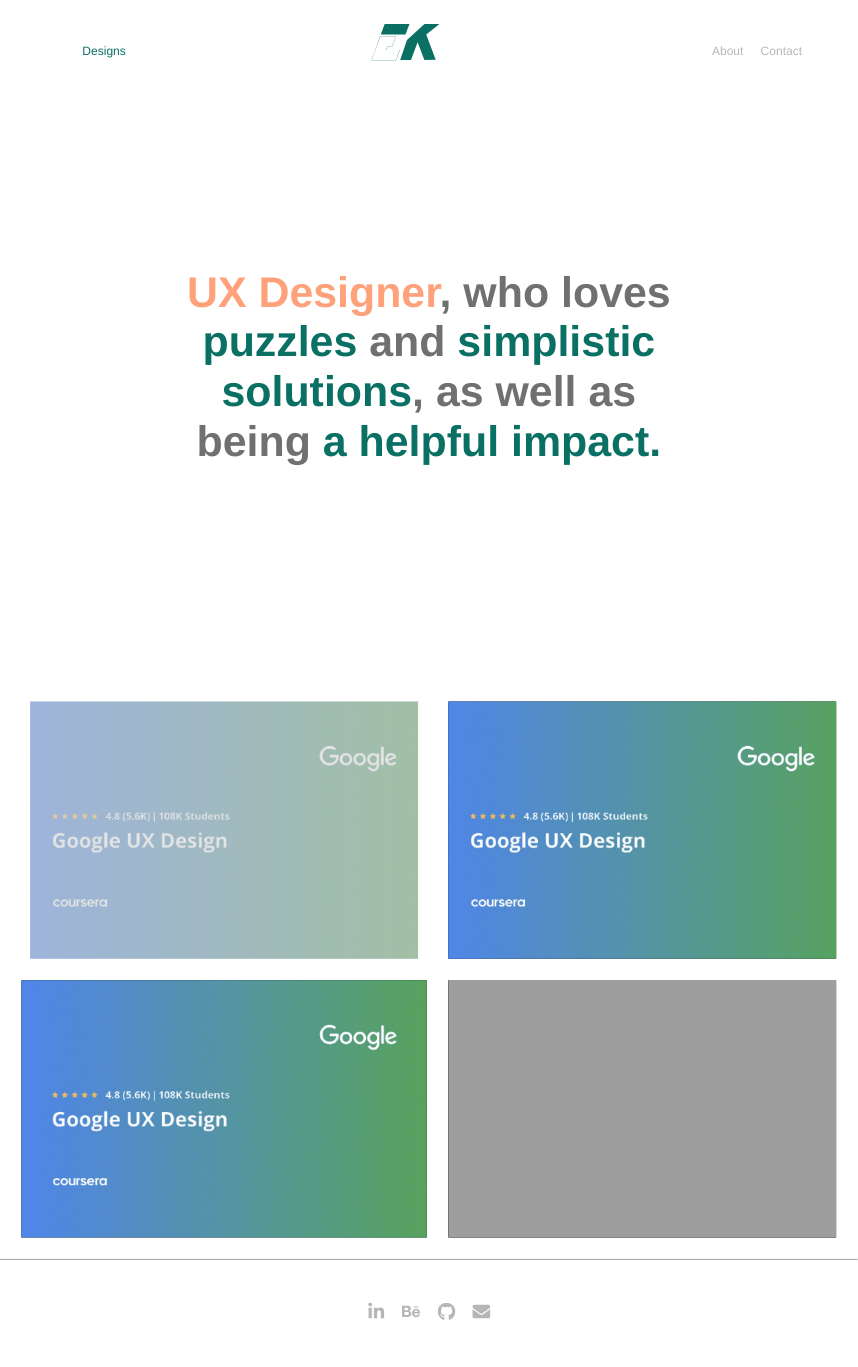
Repository: Kudom-E/Kudom-E.github.io
Page: /#/designs
These files come from the project's save history. The page is drawn as it stood at one moment and after the next save; the edit follows.
The browser window is 1280 px wide. The pictures show the whole page, at 67% of full size.
Pictures or frames that could not be fetched are drawn as grey boxes. The project was rebuilt for these pictures with package versions that can differ from the ones it lists, and the page was loaded fresh each time. Also part of the build but not shown: next.config.js, src/Pages/Splash/Splash.js, src/Pages/About/About.js, src/Pages/Contact/Contact.js, src/Pages/Project/Project.js, src/App.css.

Above is the page before, as saved 2022-03-31 22:07:10.

After the next save:
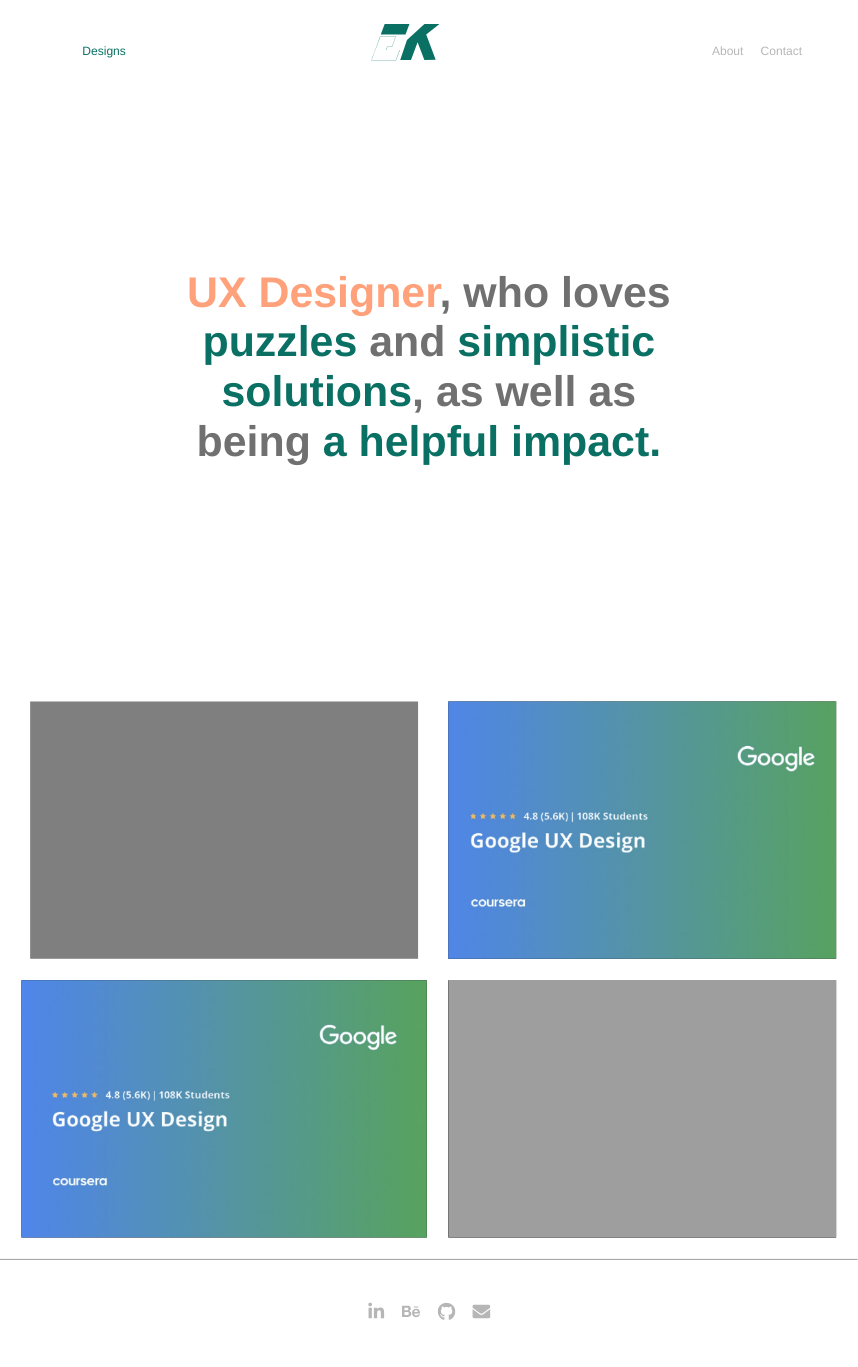
Saved 25 min 46 s later.
--- a/src/Pages/Pages.css
+++ b/src/Pages/Pages.css
@@ -100,7 +100,7 @@
     background-color: #000000;
 }
 .c-back {
-    opacity: .2;
+    opacity: 1;
 }
 .coursera {
     background-image: url("../Images/coursera.png");
